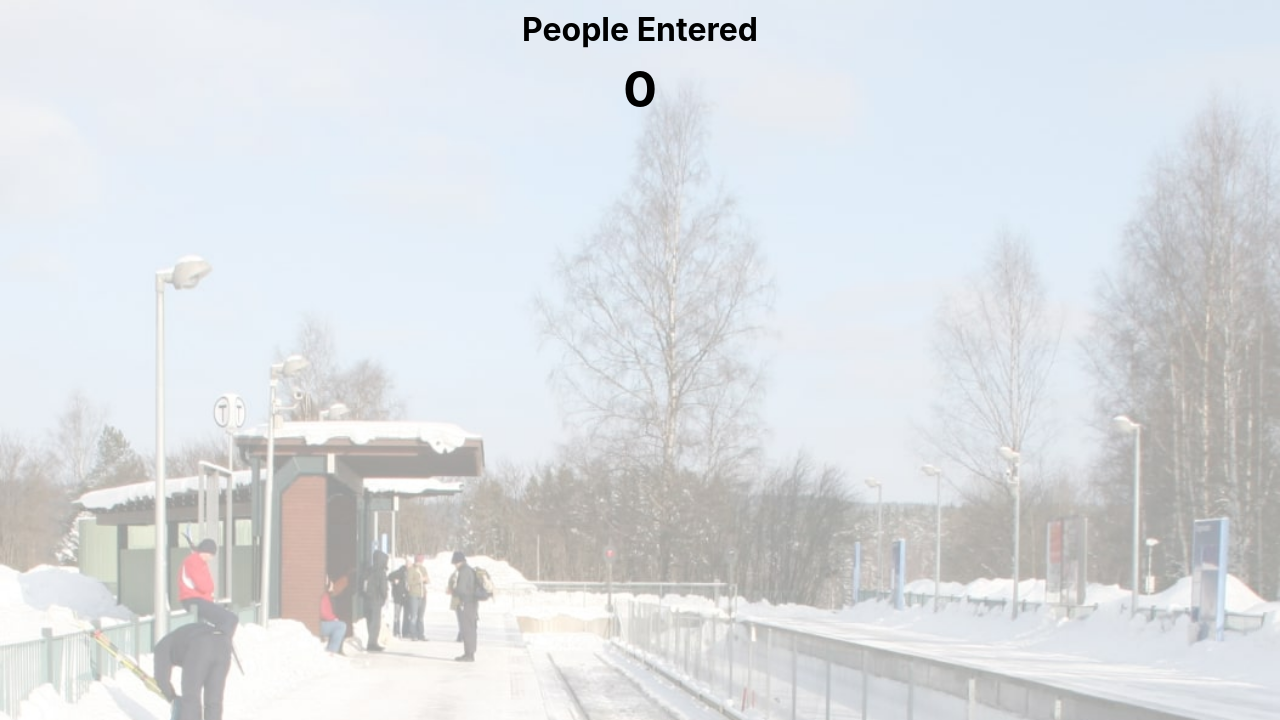
Repository: jt010051/JavaScriptCounter
Page: index.html
These files come from the project's save history. The page is drawn as it stood at one moment and after the next save; the edit follows.
The browser window is 1280 px wide. The pictures show the whole page.

Above is the page before, as saved 2022-02-26 13:55:58.

After the next save:
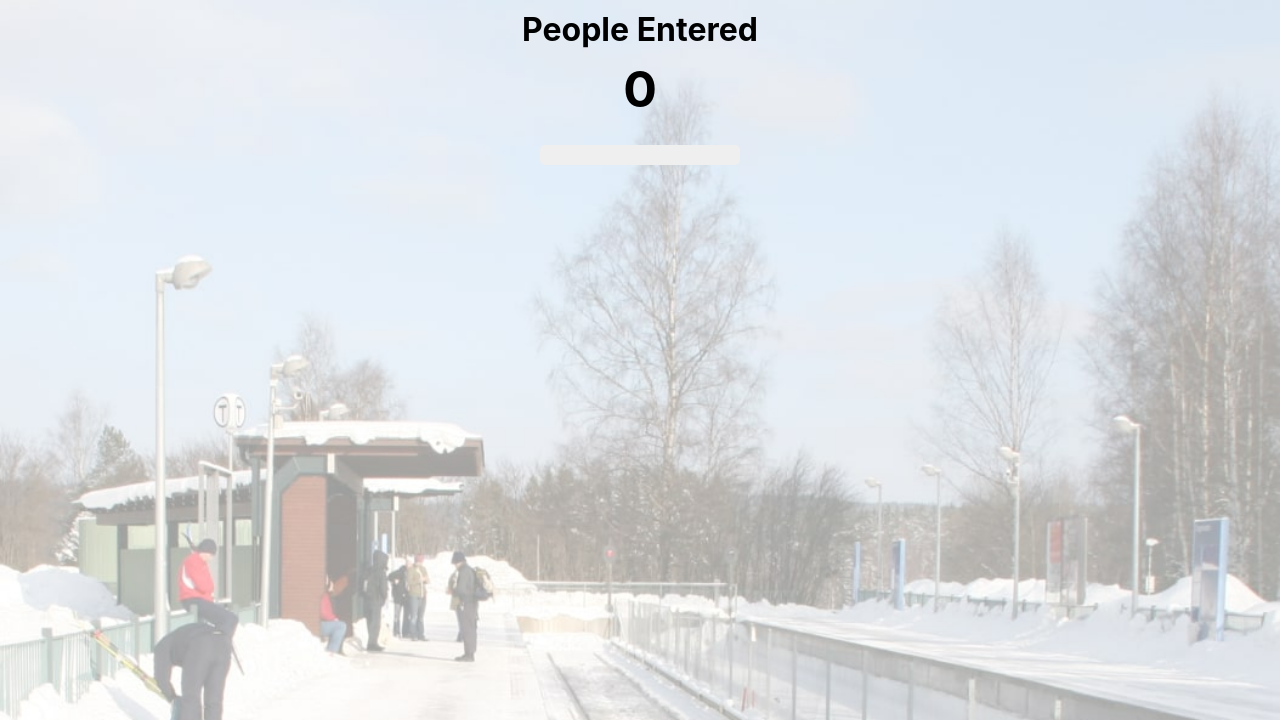
Saved 12 min 49 s later.
--- a/index.html
+++ b/index.html
@@ -6,6 +6,7 @@
 <body>
     <h1>People Entered</h1>
     <h2 id ="count-el">0</h2>
+    <button id="increment"></button>
     <script src = "index.js"> </script>
 </body>
 </html>
